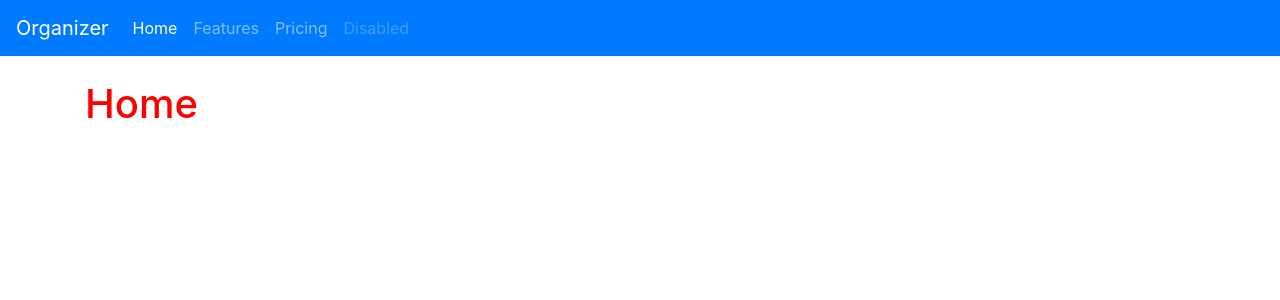
Repository: GregorPiev/orginizer-react-advanced
Page: /
The author's editor kept a copy of each file at every save. The page is drawn from the files as they stood at one save, then again after the next save.
The browser window is 1280 px wide. The pictures show the whole page.
The project was rebuilt for these pictures with package versions that can differ from the ones it lists, and the page was loaded fresh each time. Also part of the build but not shown: src/pages/About/About.scss, src/pages/About/About.js.

Above is the page before, as saved 2020-08-24 10:21:06.

### src/index.scss
@import "~bootstrap/scss/bootstrap";
body {
	margin: 0;
	font-family: -apple-system, BlinkMacSystemFont, "Segoe UI", "Roboto", "Oxygen",
		"Ubuntu", "Cantarell", "Fira Sans", "Droid Sans", "Helvetica Neue",
		sans-serif;
	-webkit-font-smoothing: antialiased;
	-moz-osx-font-smoothing: grayscale;
}

code {
	font-family: source-code-pro, Menlo, Monaco, Consolas, "Courier New",
		monospace;
}

### src/App.js
import React from 'react';
import { BrowserRouter, Route, Switch } from 'react-router-dom';
import { Home } from './pages/Home/Home';
import { About } from './pages/About/About';
import { Navbar } from './components/Navbar';
function App() {
  return (
    <BrowserRouter>
      <Navbar />
      <div className="container pt-4">
        <Switch>
          <Route path="/" exact component={Home} />
          <Route path="/about" component={About} />
        </Switch>

      </div>
    </BrowserRouter>
  );
}

export default App;

### src/pages/Home/Home.js
import React, { Fragment } from 'react';
import './Home.scss';

export const Home = () => {
    return (
        <Fragment >
            <h1 className="home">Home</h1>
        </Fragment>
    )
}

### src/components/Navbar.js
import React from 'react';

export const Navbar = () => (
    <nav className="navbar navbar-dark navbar-expand-lg bg-primary">
        <div className="navbar-brand">
            Organizer
        </div>
        <div className="collapse navbar-collapse" id="navbarNav">
            <ul className="navbar-nav">
                <li className="nav-item active">
                    <a className="nav-link" href="#">Home <span className="sr-only">(current)</span></a>
                </li>
                <li className="nav-item">
                    <a className="nav-link" href="#">Features</a>
                </li>
                <li className="nav-item">
                    <a className="nav-link" href="#">Pricing</a>
                </li>
                <li className="nav-item">
                    <a className="nav-link disabled" href="#" tabIndex="-1" aria-disabled="true">Disabled</a>
                </li>
            </ul>
        </div>
    </nav>
)

### src/pages/Home/Home.scss
h1.home {
	color: red;
}

Loaded but not shown: public/index.html (common file); src/index.js (common file); src/serviceWorker.js (common file)

After the next save:
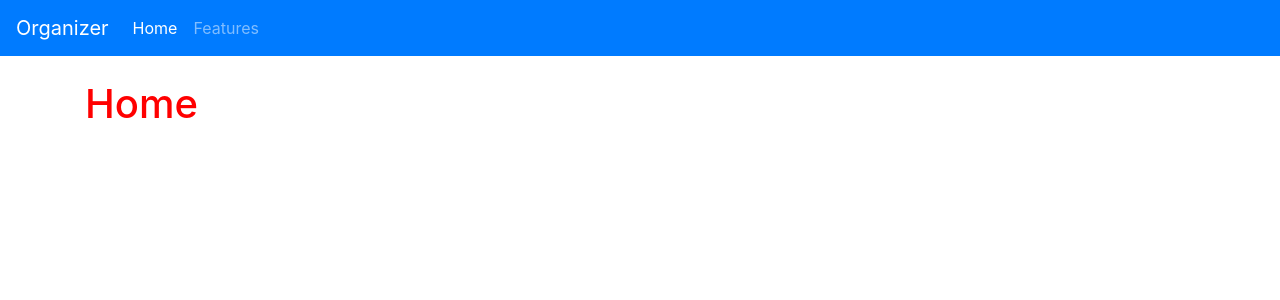
Saved 33 s later.
--- a/src/components/Navbar.js
+++ b/src/components/Navbar.js
@@ -13,12 +13,6 @@ export const Navbar = () => (
                 <li className="nav-item">
                     <a className="nav-link" href="#">Features</a>
                 </li>
-                <li className="nav-item">
-                    <a className="nav-link" href="#">Pricing</a>
-                </li>
-                <li className="nav-item">
-                    <a className="nav-link disabled" href="#" tabIndex="-1" aria-disabled="true">Disabled</a>
-                </li>
             </ul>
         </div>
     </nav>
